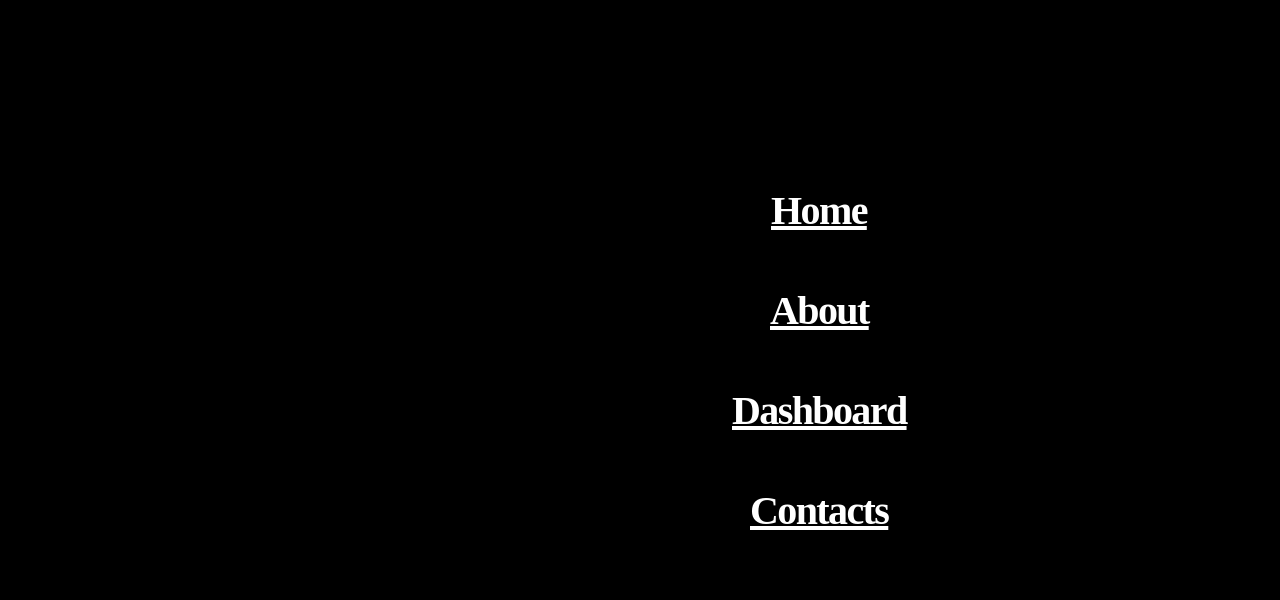
Repository: Rinzlerte/react-reveale-animation
Page: /menu
These files come from the project's save history. The page is drawn as it stood at one moment and after the next save; the edit follows.
The browser window is 1280 px wide. The pictures show the whole page.
The project was rebuilt for these pictures with package versions that can differ from the ones it lists, and the page was loaded fresh each time. Also part of the build but not shown: src/components/home/Featured.jsx, src/components/home/Header.jsx, src/components/ui/ArrowBtn.js, src/components/home/Home.jsx.

Above is the page before, as saved 2019-10-18 23:36:15.

After the next save:
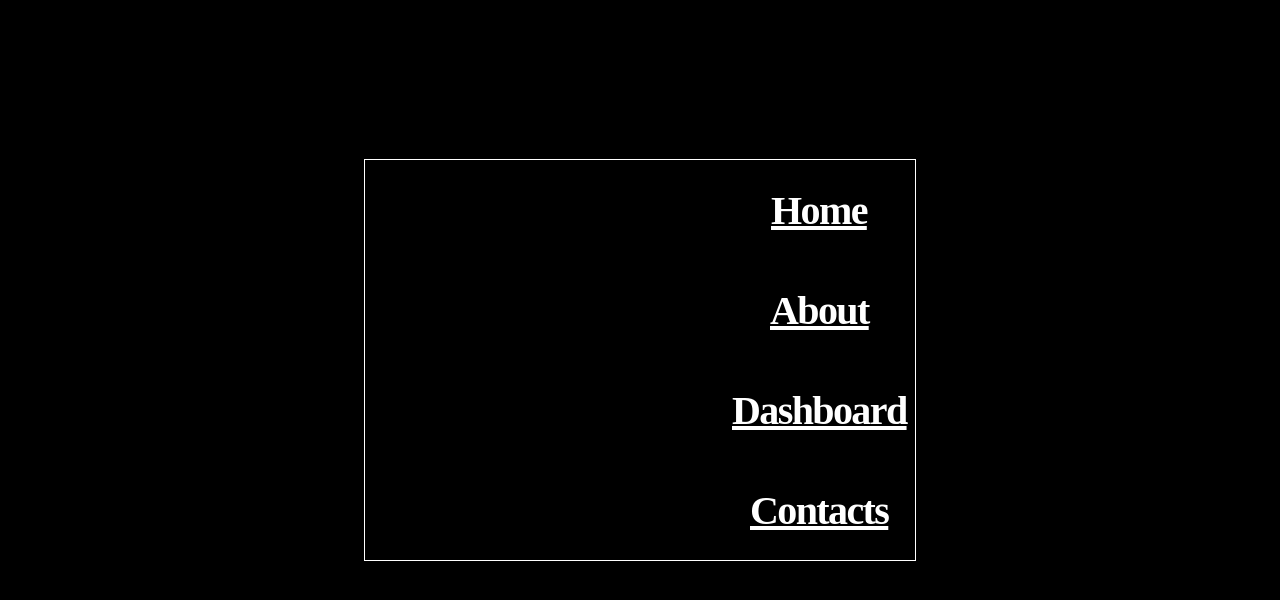
Saved 9 s later.
--- a/src/components/navigation/Navigation.css
+++ b/src/components/navigation/Navigation.css
@@ -17,7 +17,7 @@
     justify-content: space-around;
     flex-direction: column;
     align-items: center;
-    border: 1px solid black;
+    border: 1px solid white;
 }
 
 .menu-box-link{
